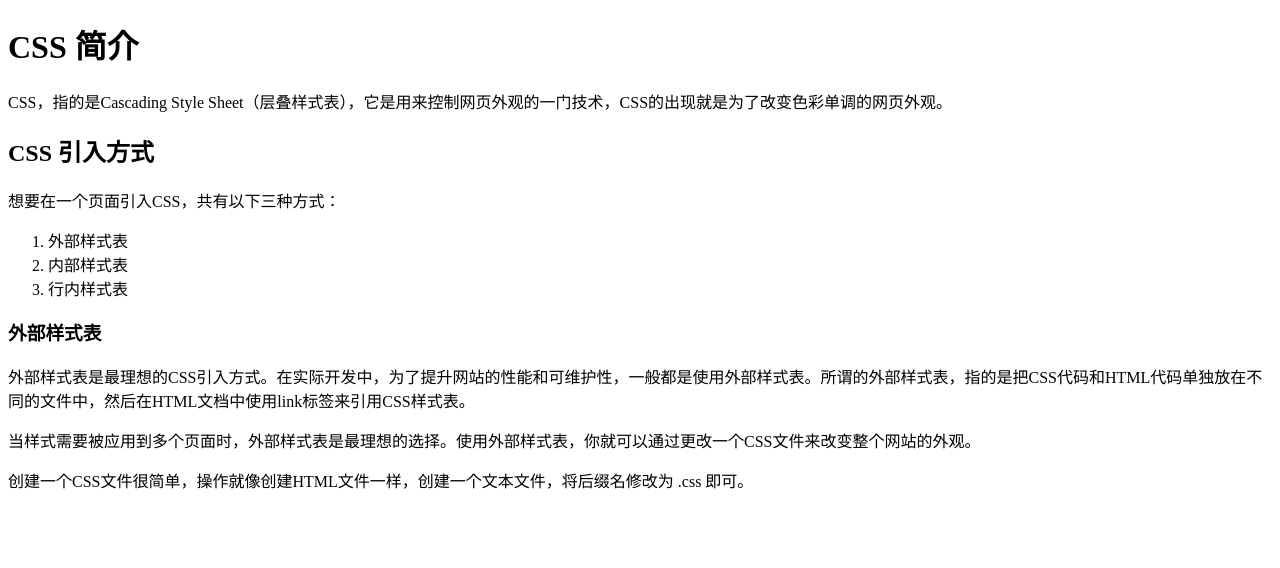
Repository: liang-n/front-end-basics
Page: 11-CSS简介.html
The author's editor kept a copy of each file at every save. The page is drawn from the files as they stood at one save, then again after the next save.
The browser window is 1280 px wide. The pictures show the whole page.

Above is the page before, as saved 2022-05-15 20:39:43.

### 11-CSS简介.html
<!DOCTYPE html>

<head>
    <meta charset="UTF-8">
    <title>11-CSS简介</title>
</head>

<body>
    <h1>CSS 简介</h1>

    <p>CSS，指的是Cascading Style Sheet（层叠样式表），它是用来控制网页外观的一门技术，CSS的出现就是为了改变色彩单调的网页外观。</p>

    <h2>CSS 引入方式</h2>

    <p>想要在一个页面引入CSS，共有以下三种方式：</p>
    <ol>
        <li>外部样式表</li>
        <li>内部样式表</li>
        <li>行内样式表</li>
    </ol>

    <h3>外部样式表</h3>

    <p>外部样式表是最理想的CSS引入方式。在实际开发中，为了提升网站的性能和可维护性，一般都是使用外部样式表。所谓的外部样式表，指的是把CSS代码和HTML代码单独放在不同的文件中，然后在HTML文档中使用link标签来引用CSS样式表。</p>
    <p>当样式需要被应用到多个页面时，外部样式表是最理想的选择。使用外部样式表，你就可以通过更改一个CSS文件来改变整个网站的外观。</p>
    <p>创建一个CSS文件很简单，操作就像创建HTML文件一样，创建一个文本文件，将后缀名修改为 .css 即可。</p>

</body>

</html>

After the next save:
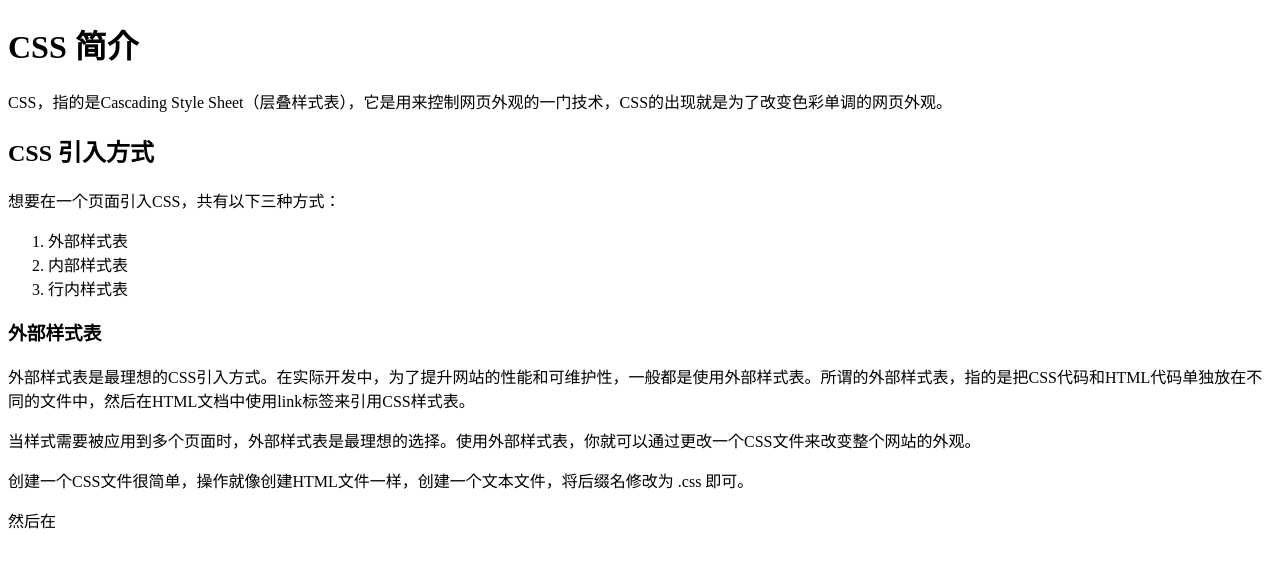
Saved 4 s later.
--- a/11-CSS简介.html
+++ b/11-CSS简介.html
@@ -24,7 +24,7 @@
     <p>外部样式表是最理想的CSS引入方式。在实际开发中，为了提升网站的性能和可维护性，一般都是使用外部样式表。所谓的外部样式表，指的是把CSS代码和HTML代码单独放在不同的文件中，然后在HTML文档中使用link标签来引用CSS样式表。</p>
     <p>当样式需要被应用到多个页面时，外部样式表是最理想的选择。使用外部样式表，你就可以通过更改一个CSS文件来改变整个网站的外观。</p>
     <p>创建一个CSS文件很简单，操作就像创建HTML文件一样，创建一个文本文件，将后缀名修改为 .css 即可。</p>
-
+    <p>然后在</p>
 </body>
 
 </html>
